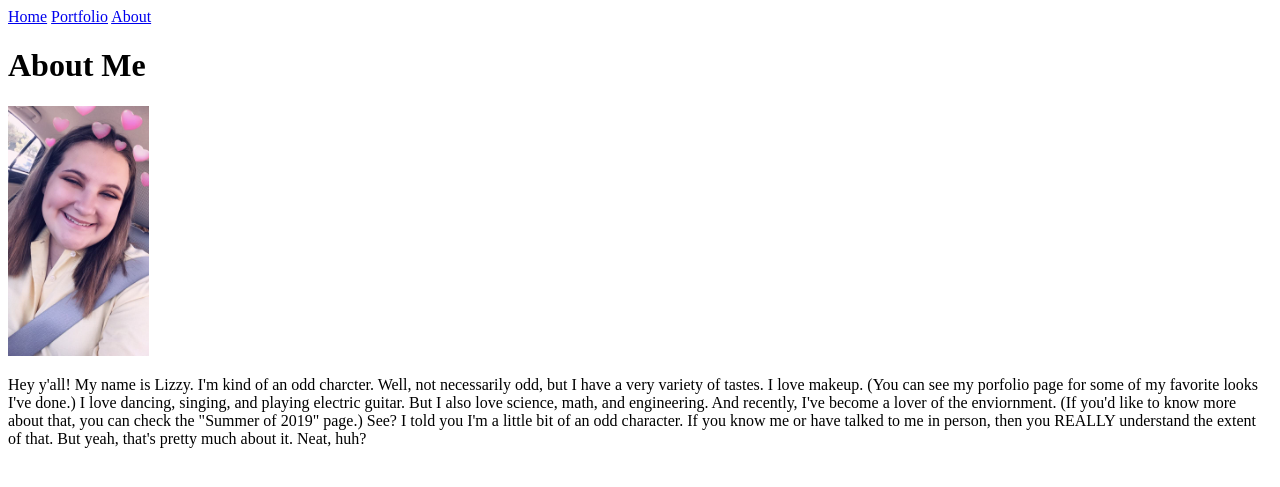
Repository: EMcmurray1862/emcmurray1862.github.io
Page: my_website/about.html
The author's editor kept a record of every edit. The page is drawn from the files as they stood at one moment, then again after the next edit.
The browser window is 1280 px wide. The pictures show the whole page.

Above is the page before.

After the next edit:
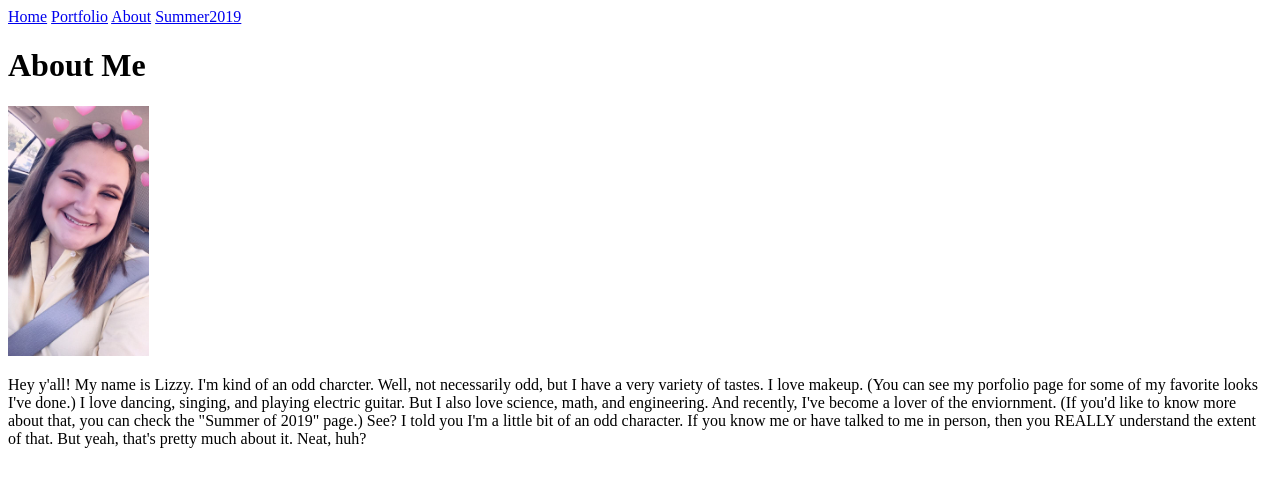
The edit:
--- a/my_website/about.html
+++ b/my_website/about.html
@@ -8,6 +8,7 @@
     <a href="index.html">Home</a>
     <a href="portfolio.html">Portfolio</a>
     <a href="about.html">About</a>
+    <a href="about.html">Summer2019</a>
     <h1>About Me</h1>
     <img src="images/selfie.jpg" height="250">
     <br>
